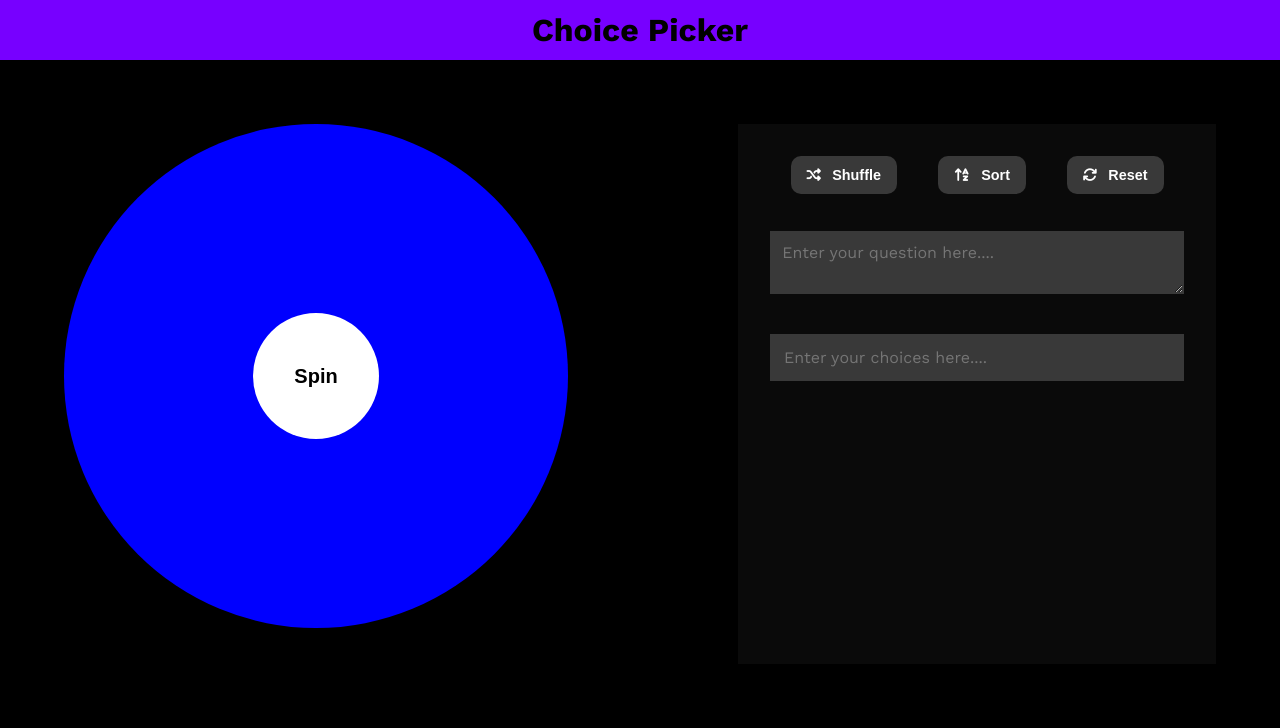
Repository: emiliaiwu/choice_wheel_spinner
Page: index.html
An editor plug-in stored every save of this project. The page is shown before and after the next save, followed by the edit.
The browser window is 1280 px wide. The pictures show the whole page.
Some web libraries are served in a nearby version.

Above is the page before, as saved 2023-01-10 01:29:38.

After the next save:
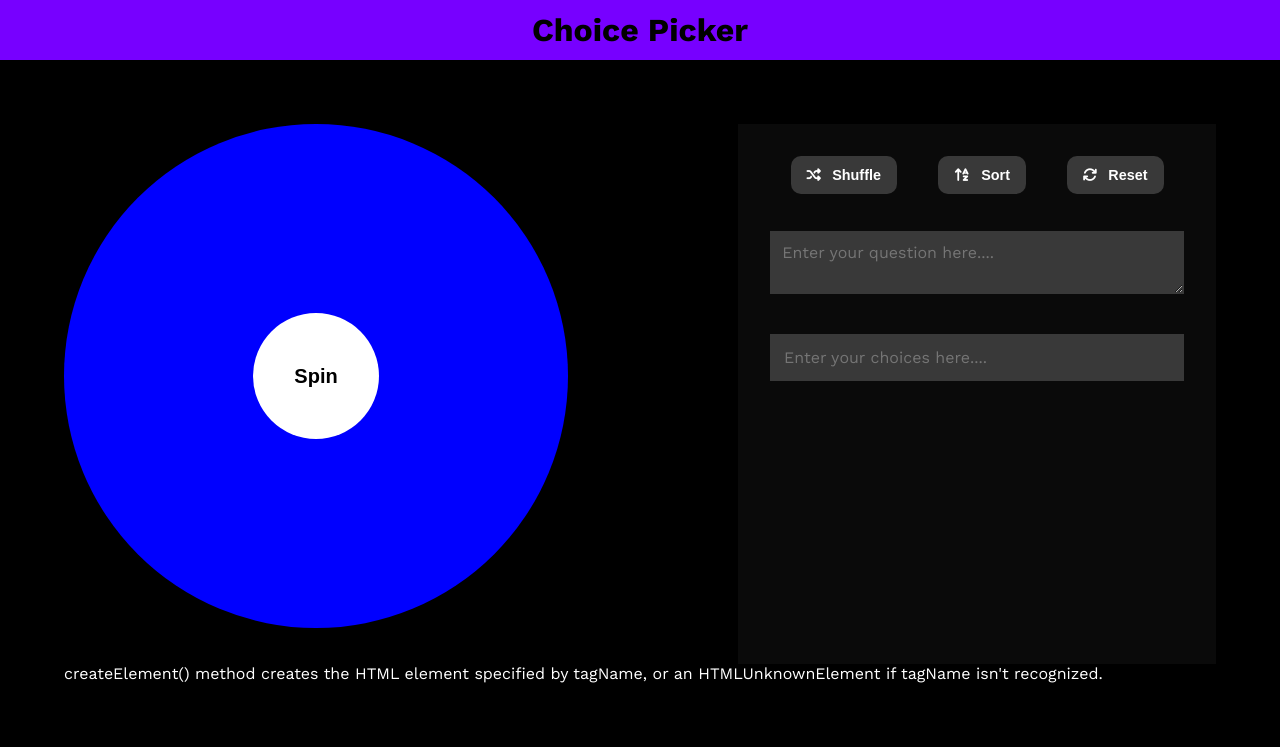
Saved 5 s later.
--- a/index.html
+++ b/index.html
@@ -48,7 +48,7 @@
             </div>
         </div>
         <div class="picked_choice">
-            <div class="display_question"></div>
+            <div class="display_question">createElement() method creates the HTML element specified by tagName, or an HTMLUnknownElement if tagName isn't recognized.</div>
             <div class="display_answer"></div>
         </div>
     </div>
